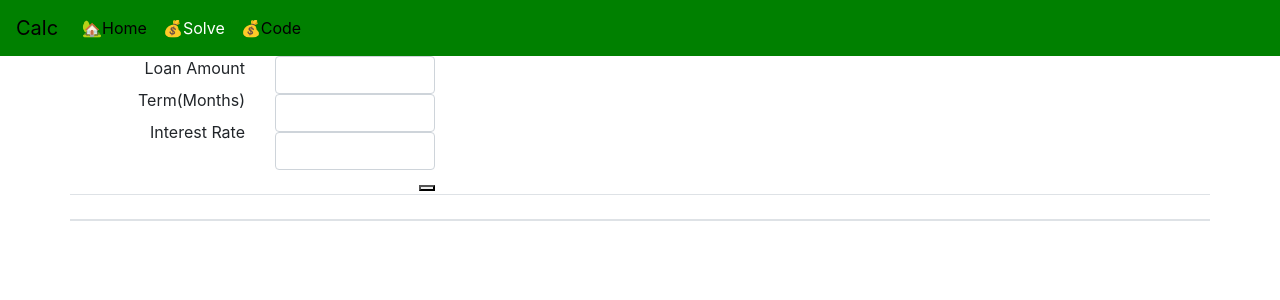
Repository: zhadjah9559/MortgageManager
Page: solve.html
These files come from the project's save history. The page is drawn as it stood at one moment and after a run of saves; the edit follows.
The browser window is 1280 px wide. The pictures show the whole page.

Above is the page before, as saved 2021-01-15 16:36:25.

### solve.html
<!doctype html>
<html lang="en">
  <head>
    <title>Mortgage Loan Calculator</title>
    <!-- Required meta tags -->
    <meta charset="utf-8">
    <meta name="viewport" content="width=device-width, initial-scale=1, shrink-to-fit=no">

    <!-- Bootstrap CSS -->
    <link rel="stylesheet" href="https://stackpath.bootstrapcdn.com/bootstrap/4.3.1/css/bootstrap.min.css" integrity="sha384-ggOyR0iXCbMQv3Xipma34MD+dH/1fQ784/j6cY/iJTQUOhcWr7x9JvoRxT2MZw1T" crossorigin="anonymous">
    <link rel="stylesheet" href="css/custom.css">
    <link rel="stylesheet" href="css/prism.css">
  </head>
  <body>

    <nav class="navbar navbar-expand-sm navbar-dark" style="background-color: green;">
        <a class="navbar-brand" href="#">Calc</a>
        <button class="navbar-toggler d-lg-none" type="button" data-toggle="collapse" data-target="#collapsibleNavId" aria-controls="collapsibleNavId"
            aria-expanded="false" aria-label="Toggle navigation"></button>
        <div class="collapse navbar-collapse" id="collapsibleNavId">
            <ul class="navbar-nav mr-auto mt-2 mt-lg-0">
                <li class="nav-item ">
                    <a class="nav-link" href="index.html">🏡Home </a>
                </li>
                <li class="nav-item active">
                    <a class="nav-link" href="solve.html">💰Solve <span class="sr-only">(current)</span></a>
                </li>
                <li class="nav-item">
                    <a class="nav-link" href="code.html">💰Code</a>
                </li>
            </ul>
        </div>
    </nav>

    <div class="container">
        <!--Input column-->
        <div class="row">

            <!--Label Columns-->
            <div class="col-2 text-right">
                <label for="Loan Amount">Loan Amount</label>

                <label for="Term">Term(Months)</label>

                <label for="Interest Rate">Interest Rate</label>
            </div>

            <!--Label Inputs-->
            <div class="col-2 text-right">
                <input type="text" class="form-control" id="loanAmount">
                <input type="text" class="form-control" id="months">
                <input type="text" class="form-control" id="interestRate">
                <button type="submit" onclick=""></button>
            </div>



            <!--Display output column-->
            <div class="col-md">

            </div>
        </div>

        <div class="row">
            <table class="table table-striped">
                <thead>
                    <tr>
                        <th></th>
                        <th></th>
                        <th></th>
                        <th></th>
                        <th></th>
                        <th></th>
                    </tr>
                </thead>
                <tbody id="tBody">

                </tbody>
            </table>
        </div>
    </div>

    <!-- Optional JavaScript -->
    <!-- jQuery first, then Popper.js, then Bootstrap JS -->
    <script src="https://code.jquery.com/jquery-3.3.1.slim.min.js" integrity="sha384-q8i/X+965DzO0rT7abK41JStQIAqVgRVzpbzo5smXKp4YfRvH+8abtTE1Pi6jizo" crossorigin="anonymous"></script>
    <script src="https://cdnjs.cloudflare.com/ajax/libs/popper.js/1.14.7/umd/popper.min.js" integrity="sha384-UO2eT0CpHqdSJQ6hJty5KVphtPhzWj9WO1clHTMGa3JDZwrnQq4sF86dIHNDz0W1" crossorigin="anonymous"></script>
    <script src="https://stackpath.bootstrapcdn.com/bootstrap/4.3.1/js/bootstrap.min.js" integrity="sha384-JjSmVgyd0p3pXB1rRibZUAYoIIy6OrQ6VrjIEaFf/nJGzIxFDsf4x0xIM+B07jRM" crossorigin="anonymous"></script>
    <script src="js/custom.js"></script>
    <script src="js/prism.js"></script>
  </body>
</html>

### css/custom.css
.navbar-dark .navbar-nav .active>.nav-link{
    color:white;
}
.navbar-dark .navbar-nav .nav-link{
    color:black;
}
.navbar .navbar-brand{
    color:black;
}

### css/prism.css
/* PrismJS 1.23.0
https://prismjs.com/download.html#themes=prism-okaidia&languages=markup+css+clike+javascript&plugins=normalize-whitespace */
/**
 * okaidia theme for JavaScript, CSS and HTML
 * Loosely based on Monokai textmate theme by http://www.monokai.nl/
 * @author ocodia
 */

code[class*="language-"],
pre[class*="language-"] {
	color: #f8f8f2;
	background: none;
	text-shadow: 0 1px rgba(0, 0, 0, 0.3);
	font-family: Consolas, Monaco, 'Andale Mono', 'Ubuntu Mono', monospace;
	font-size: 1em;
	text-align: left;
	white-space: pre;
	word-spacing: normal;
	word-break: normal;
	word-wrap: normal;
	line-height: 1.5;

	-moz-tab-size: 4;
	-o-tab-size: 4;
	tab-size: 4;

	-webkit-hyphens: none;
	-moz-hyphens: none;
	-ms-hyphens: none;
	hyphens: none;
}

/* Code blocks */
pre[class*="language-"] {
	padding: 1em;
	margin: .5em 0;
	overflow: auto;
	border-radius: 0.3em;
}

:not(pre) > code[class*="language-"],
pre[class*="language-"] {
	background: #272822;
}

/* Inline code */
:not(pre) > code[class*="language-"] {
	padding: .1em;
	border-radius: .3em;
	white-space: normal;
}

.token.comment,
.token.prolog,
.token.doctype,
.token.cdata {
	color: #8292a2;
}

.token.punctuation {
	color: #f8f8f2;
}

.token.namespace {
	opacity: .7;
}

.token.property,
.token.tag,
.token.constant,
.token.symbol,
.token.deleted {
	color: #f92672;
}

.token.boolean,
.token.number {
	color: #ae81ff;
}

.token.selector,
.token.attr-name,
.token.string,
.token.char,
.token.builtin,
.token.inserted {
	color: #a6e22e;
}

.token.operator,
.token.entity,
.token.url,
.language-css .token.string,
.style .token.string,
.token.variable {
	color: #f8f8f2;
}

.token.atrule,
.token.attr-value,
.token.function,
.token.class-name {
	color: #e6db74;
}

.token.keyword {
	color: #66d9ef;
}

.token.regex,
.token.important {
	color: #fd971f;
}

.token.important,
.token.bold {
	font-weight: bold;
}
.token.italic {
	font-style: italic;
}

.token.entity {
	cursor: help;
}

### js/custom.js
function calculateLoan(){
    let loanAmount = parseInt( document.getElementById("loanAmount").value )
    let months = parseInt( document.getElementById("months").value )
    let interestRate = parseInt( document.getElementById("interestRate").value )

}

Loaded but not shown: js/prism.js (library)

After the next 5 saves:
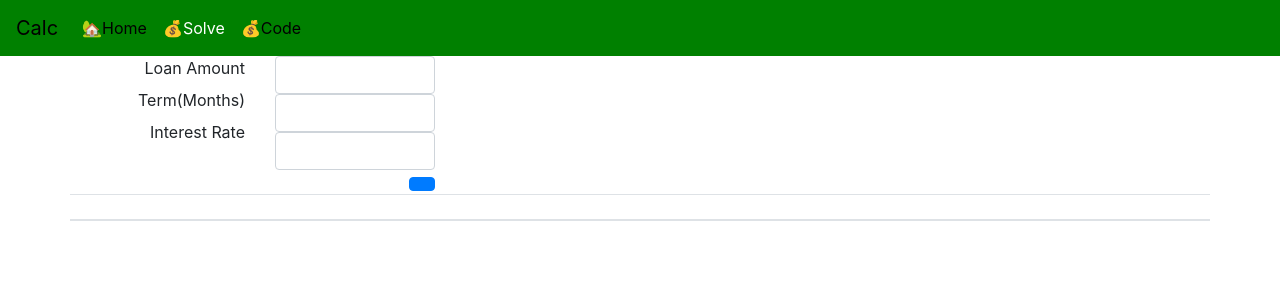
The 5 saves are shown as one change because they came seconds apart.
The last was saved 30 s later.
--- a/solve.html
+++ b/solve.html
@@ -50,7 +50,7 @@
                 <input type="text" class="form-control" id="loanAmount">
                 <input type="text" class="form-control" id="months">
                 <input type="text" class="form-control" id="interestRate">
-                <button type="submit" onclick=""></button>
+                <button class="btn btn-primary" type="submit" onclick=""></button>
             </div>
 
 
